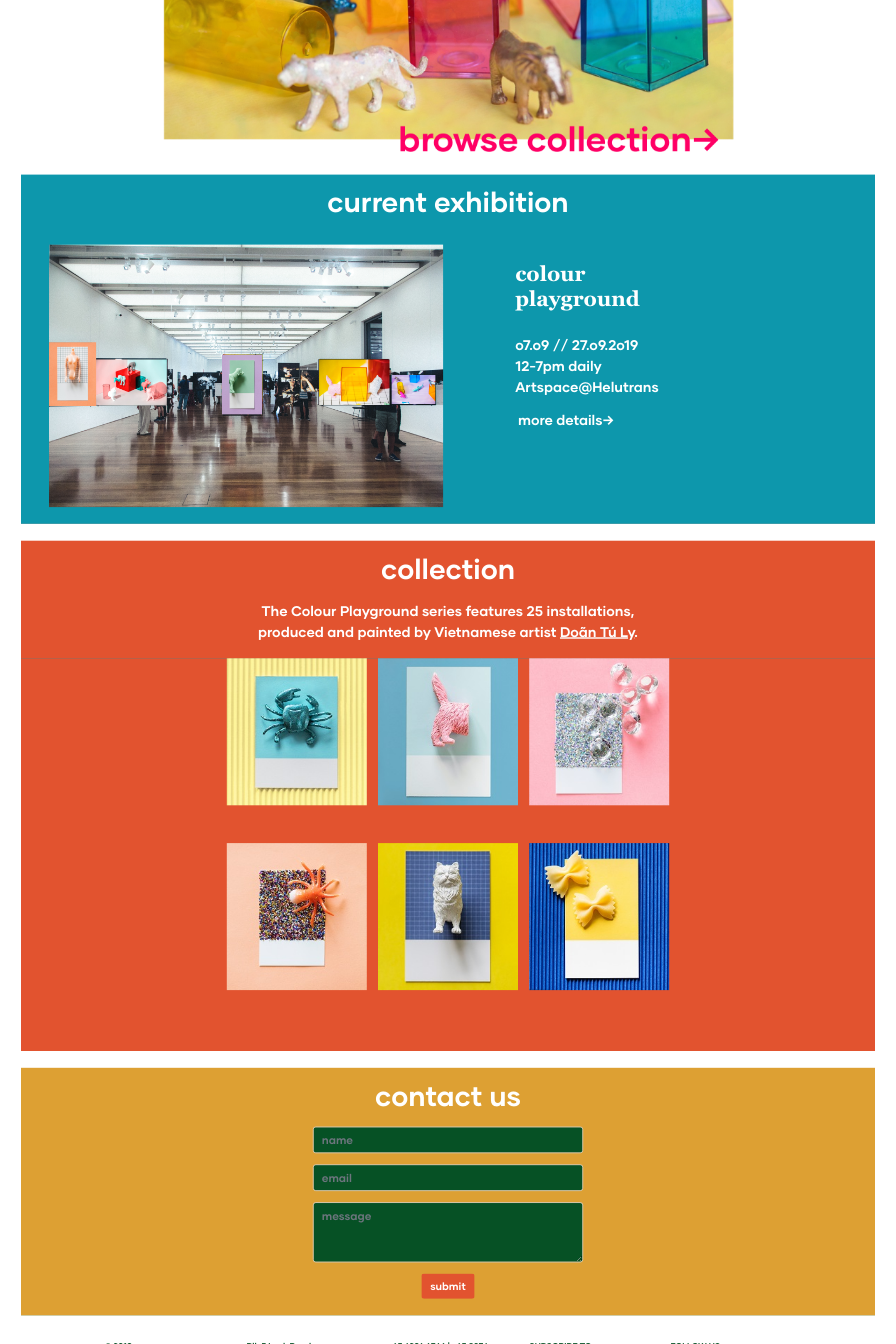
Repository: lynette-lyf/artshack
Page: index.html
The author's editor kept a record of every edit. The page is drawn from the files as they stood at one moment, then again after the next edit.
The browser window is 1280 px wide. The pictures show the part of the page from y = 638 to 2558 px (the page is 2614 px tall before and 2543 px after), at 70% of full size.

Above is the page before.

After the next edit:
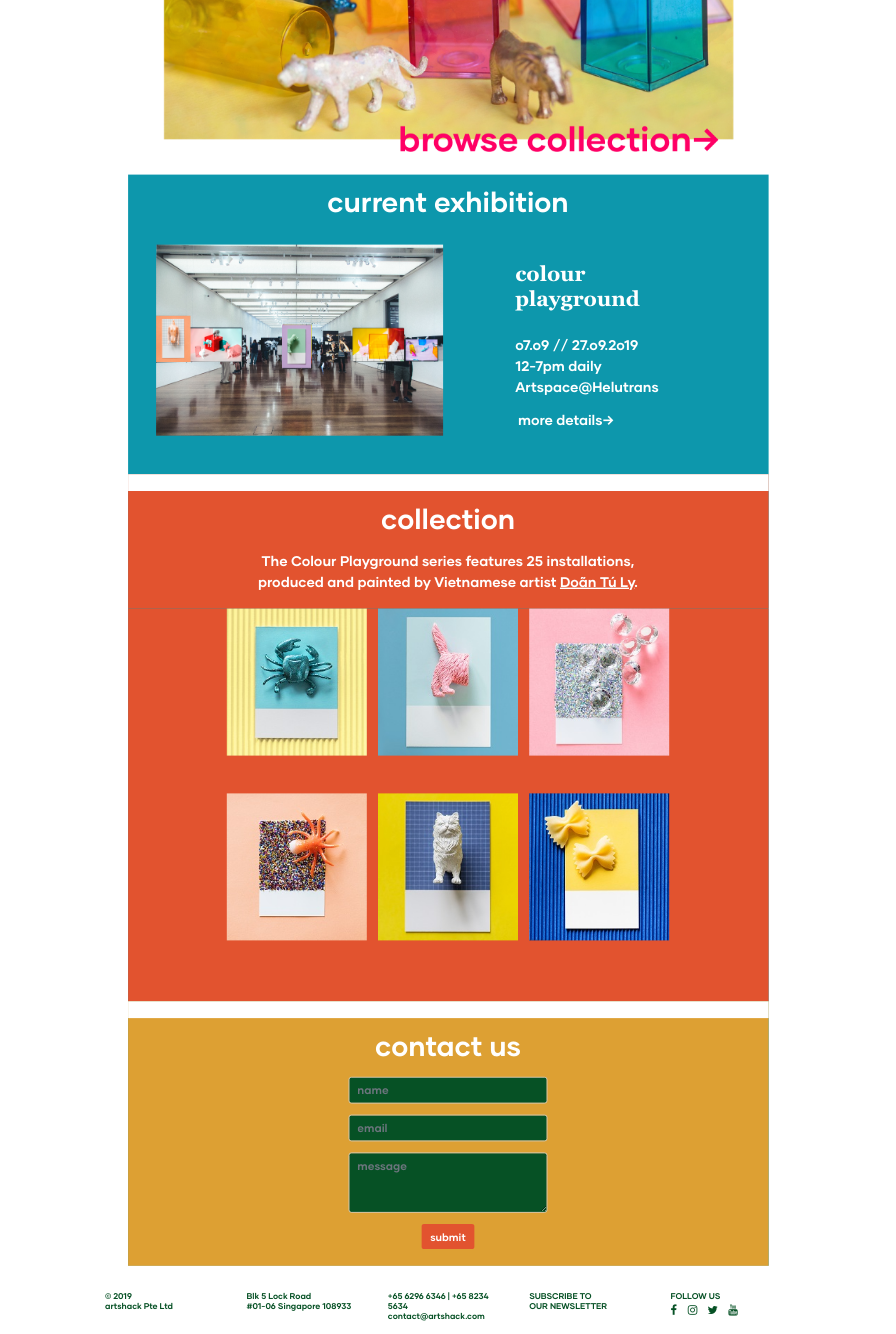
The edit:
--- a/index.html
+++ b/index.html
@@ -391,7 +391,7 @@
 
 <!--Current exhibition section-->
 
-          <div class="container-fluid-exhibition mt-3 xl-w-75 lg-w-75 md-w-100 sm-w-100 xs-w-100 mx-auto">
+          <div class="container-fluid-exhibition mt-3 w-75 mx-auto">
             <div class="row ">
               <div class="col text-center my-2 mx-3" id="current-exhibition">current exhibition</div>
             </div>
